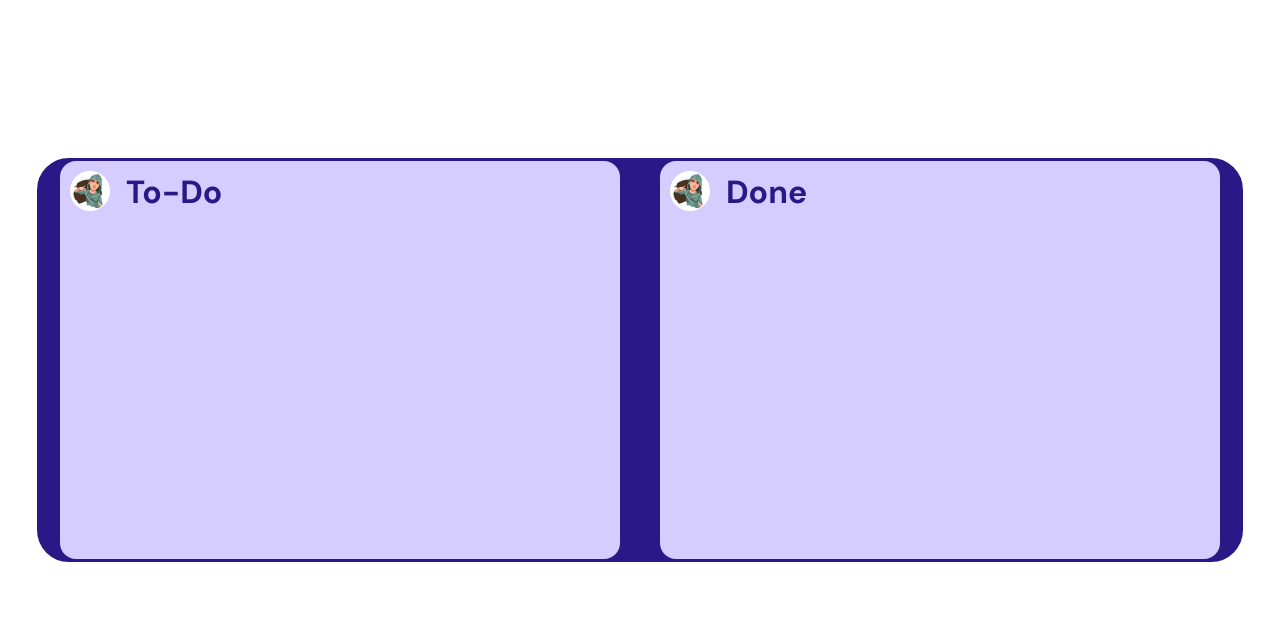
Repository: VitasYo/Kanban
Page: index.html
These files come from the project's save history. The page is drawn as it stood at one moment and after the next save; the edit follows.
The browser window is 1280 px wide. The pictures show the whole page.

Above is the page before, as saved 2024-04-14 23:39:47.

After the next save:
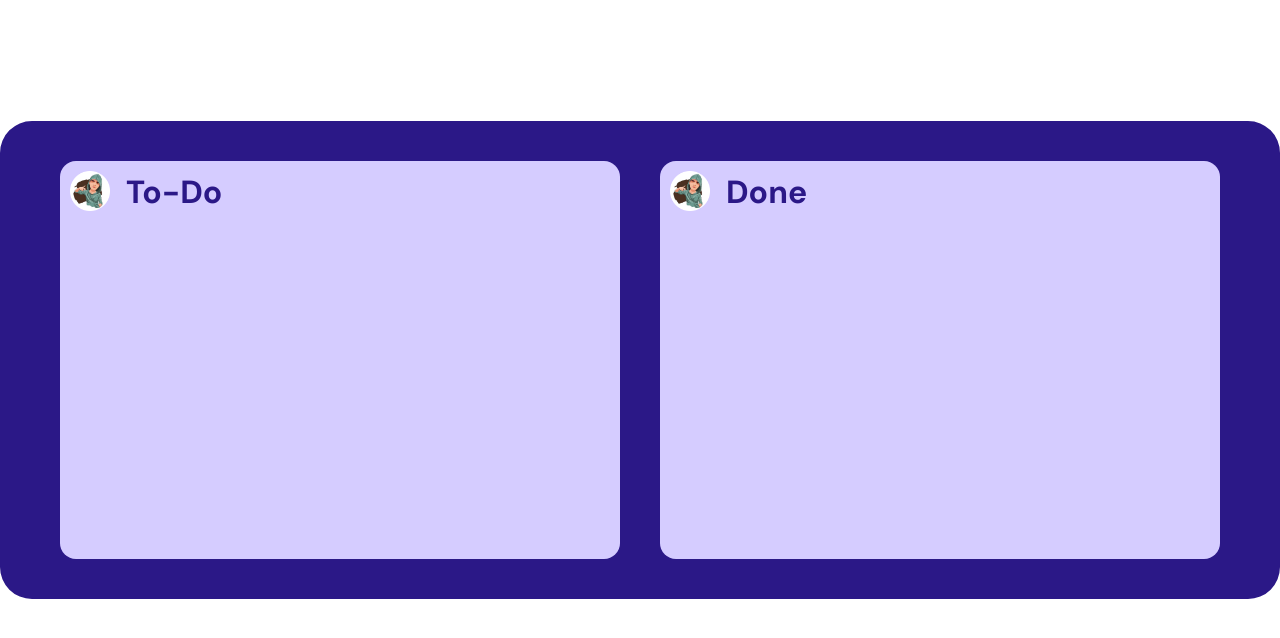
Saved 4 s later.
--- a/src/assets/css/component/_kanban.css
+++ b/src/assets/css/component/_kanban.css
@@ -5,7 +5,7 @@
     flex-grow: 1;
     flex: 0 0 100%;
     border-radius: 32px;
-    border: solid #2B1887;
+    border: 40px solid #2B1887;
     background-color: #2B1887;
     display: grid;
     grid-template-columns: 1fr 1fr;
